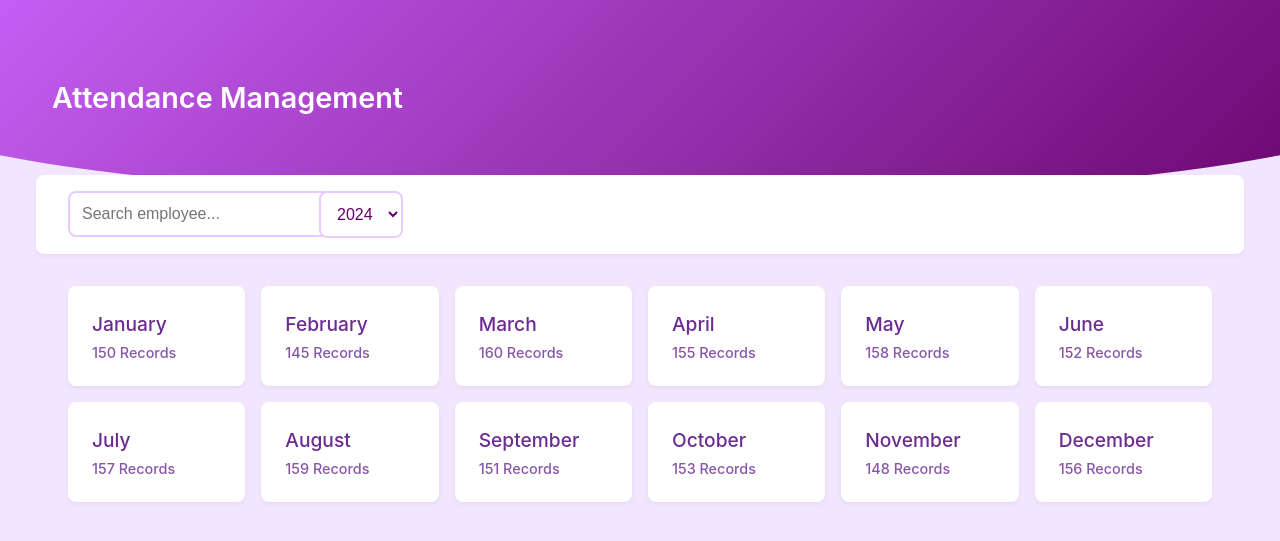
Repository: nino-pixel/payrolllatest
Page: /attendance (app in web_vue/)
An editor plug-in stored every save of this project. The page is shown before and after the next save, followed by the edit.
The browser window is 1280 px wide. The pictures show the whole page.
The project was rebuilt for these pictures with package versions that can differ from the ones it lists, and the page was loaded fresh each time. Also part of the build but not shown: web_vue/vite.config.js, web_vue/src/components/login_page.vue, web_vue/src/components/sign_up.vue, web_vue/src/components/dashboard.vue, web_vue/src/components/employee_management.vue, web_vue/src/components/generate_payroll.vue.

Above is the page before, as saved 2024-12-19 02:09:20.

After the next save:
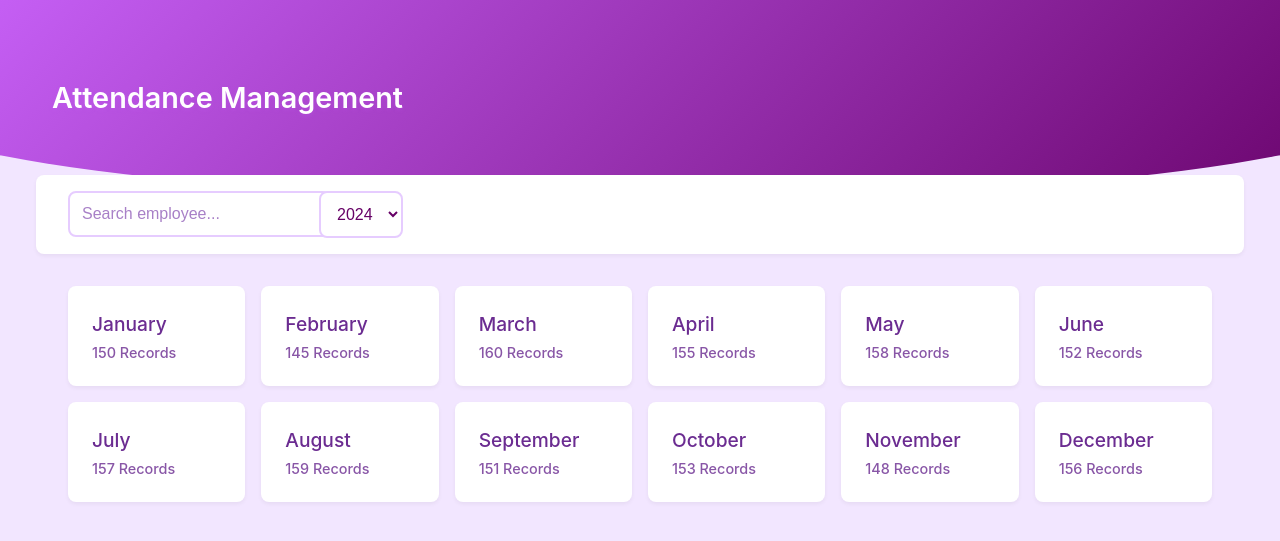
Saved 4 s later.
--- a/web_vue/src/components/attendance_management.vue
+++ b/web_vue/src/components/attendance_management.vue
@@ -664,7 +664,9 @@
   box-shadow: 0 0 0 3px rgba(204, 102, 255, 0.2);
   background-color: #f2e6ff;
 }
-
+.purple-input::placeholder {
+  color: #a880c7;
+}
 .date-range {
   display: flex;
   gap: 1rem;

After the save that followed:
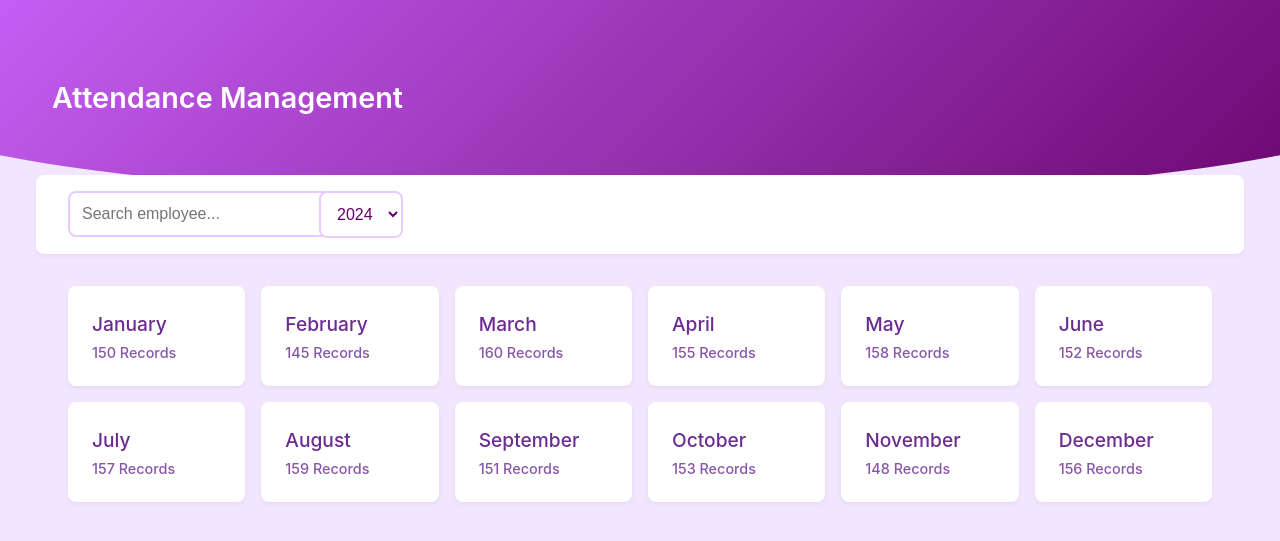
Saved 9 s later.
--- a/web_vue/src/components/attendance_management.vue
+++ b/web_vue/src/components/attendance_management.vue
@@ -664,7 +664,7 @@
   box-shadow: 0 0 0 3px rgba(204, 102, 255, 0.2);
   background-color: #f2e6ff;
 }
-.purple-input::placeholder {
+.form-group::placeholder {
   color: #a880c7;
 }
 .date-range {
